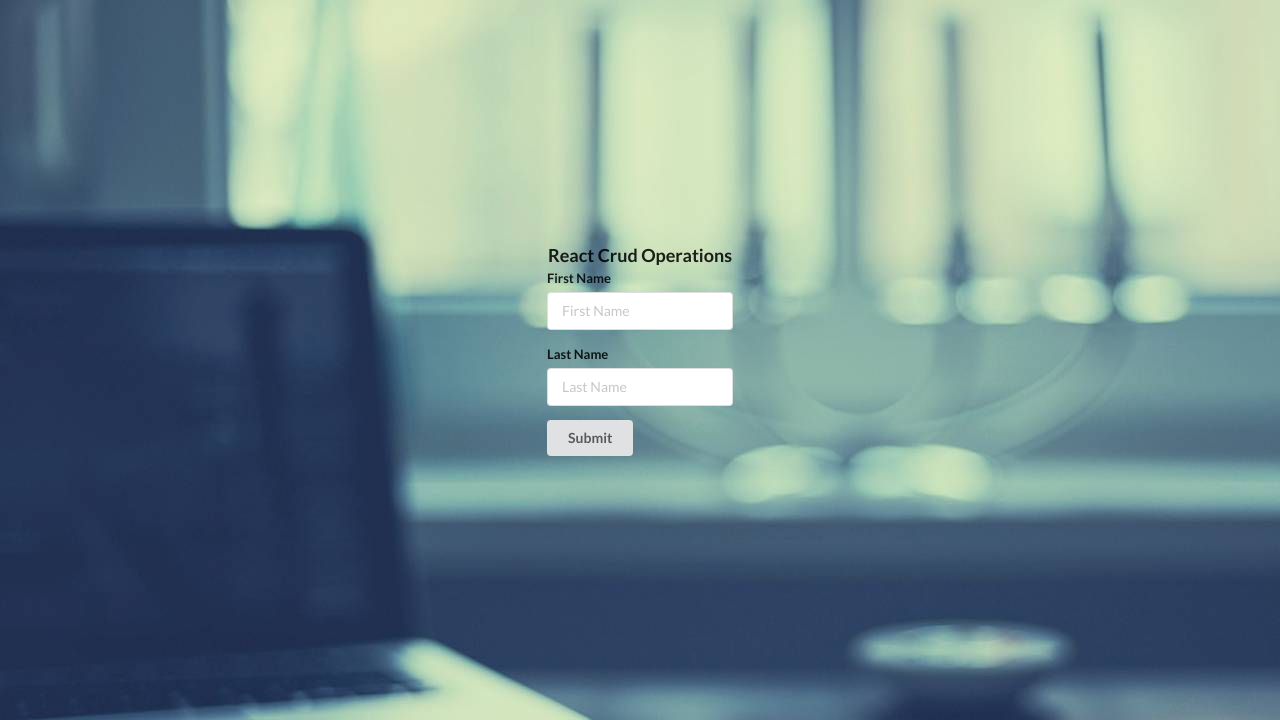
Repository: BhargavRudhra/React-CRUD
Page: /
These files come from the project's save history. The page is drawn as it stood at one moment and after the next save; the edit follows.
The browser window is 1280 px wide. The pictures show the whole page.
The project was rebuilt for these pictures with package versions that can differ from the ones it lists, and the page was loaded fresh each time. Also part of the build but not shown: src/components/read/read.js, src/components/update/update.js.

Above is the page before, as saved 2022-06-22 23:12:59.

### src/index.js
import React from 'react';
import ReactDOM from 'react-dom';
import './index.css';
import App from './App';
import 'semantic-ui-css/semantic.min.css'

ReactDOM.render(
  <React.StrictMode>
    <App />
  </React.StrictMode>,
  document.getElementById('root')
);

// If you want to start measuring performance in your app, pass a function
// to log results (for example: reportWebVitals(console.log))
// or send to an analytics endpoint. Learn more: https://bit.ly/CRA-vitals

### src/index.css
body{
    background-image: url(./images/CRUDpic.jpg);
}

### src/App.js
import './App.css';
import Create from './components/create/create';
import Read from './components/read/read';
import { BrowserRouter as Router, Route } from 'react-router-dom'
import Update from './components/update/update';

function App() {
  return (
    <Router>
      <div className="main">
        <div className='main1'>
          <h3>React Crud Operations</h3>
        </div>

        <div>
          <Route exact path='/' component={Create} />
        </div>

        <div style={{ marginTop: 20 }}>
          <Route exact path='/read' component={Read} />
        </div>

        <Route path='/update' component={Update} />

      </div>
    </Router>
  );
}

export default App;

### src/App.css
.main {
    height: 100vh;
    display: flex;
    justify-content: center;
    align-items: center;
    flex-direction: column;
    width: 100%;
    background-image: url(./images/CRUDpic.jpg);
}

### src/components/create/create.js
import React, { useState } from 'react';
import { Form, Button } from 'semantic-ui-react';
import axios from 'axios';
import { useHistory } from 'react-router';
import '../../index.css';
export default function Create() {
  let history = useHistory();
  const [firstName, setFirstName] = useState('');
  const [lastName, setLastName] = useState('');

  const sendDataToAPI = () => {
    axios.post(`https://crudcrud.com/api/c976988e9e964395b1334615ce84d80d/data`, {
      firstName,
      lastName
    }).then(() => {
      history.push('/read')
    })
  }
  return (
    <div className='back'>
      <Form className='form'>
        <Form.Field>
          <label>First Name</label>
          <input name="fname"
          onChange={(e) => setFirstName(e.target.value)}
          placeholder='First Name' />
        </Form.Field>
        <Form.Field>
          <label>Last Name</label>
          <input
          name="lname"
          placeholder='Last Name'
          onChange={(e) => setLastName(e.target.value)}
          />
        </Form.Field>
        <Button type='submit' onClick={sendDataToAPI}>Submit</Button>
      </Form>
    </div>
  )
}

Loaded but not shown: public/index.html (common file)

After the next save:
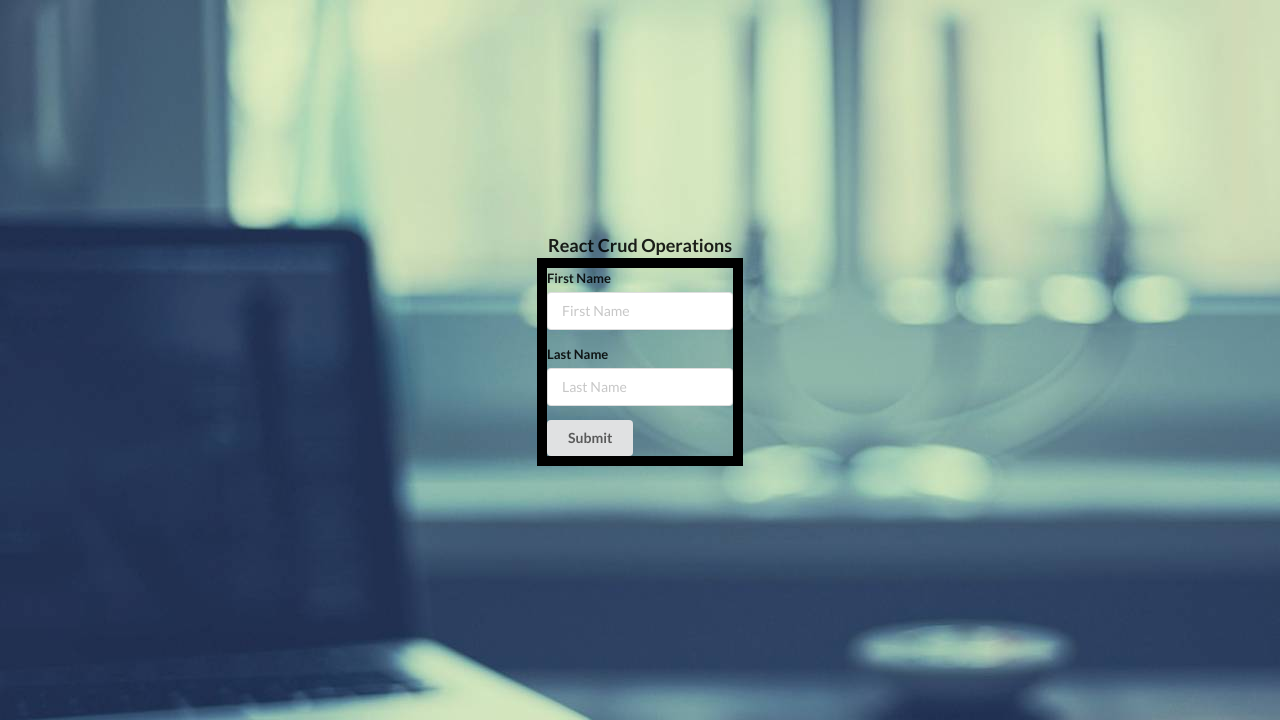
Saved 35 s later.
--- a/src/index.css
+++ b/src/index.css
@@ -1,3 +1,3 @@
-body{
-    background-image: url(./images/CRUDpic.jpg);
+.form{
+    border: 10px solid black;
 }
